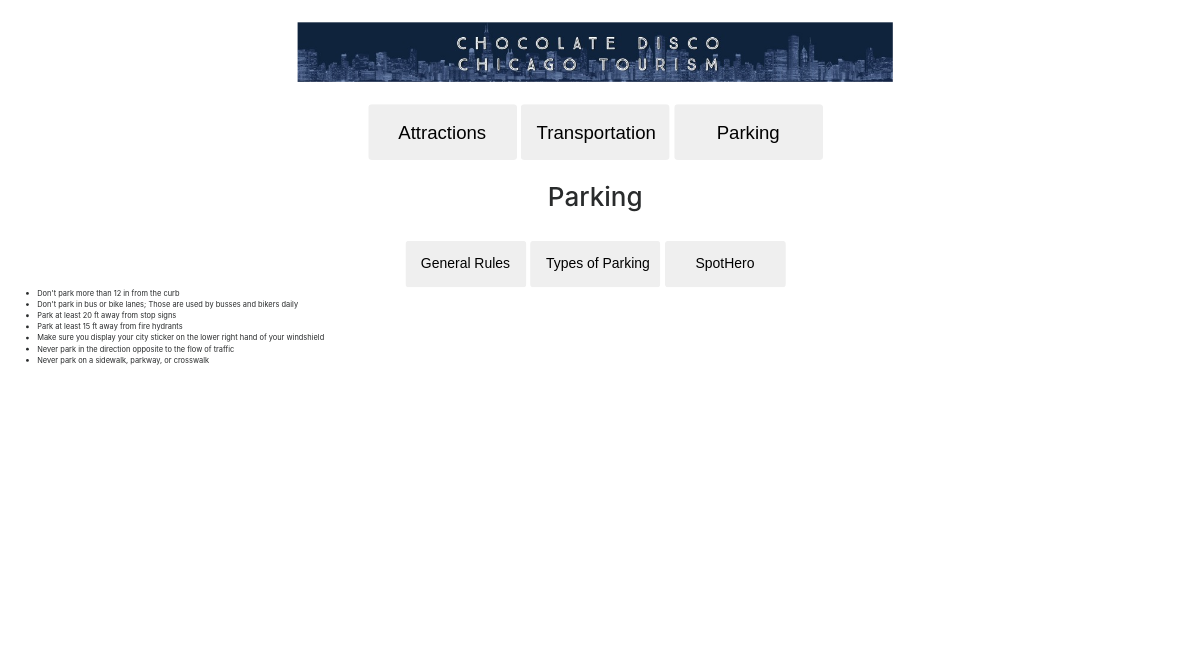
Repository: rkodit2/cs422project
Page: parking.html
An editor plug-in stored every save of this project. The page is shown before and after the next save, followed by the edit.
The browser window is 1280 px wide. The pictures show the whole page, at 93% of full size.

Above is the page before, as saved 2021-11-03 19:59:43.

### parking.html
<!DOCTYPE html>
<html>
    <head>
        <title>Chocolate Disco Chicago Tourism</title>
        <link rel="stylesheet" href=
        "https://maxcdn.bootstrapcdn.com/bootstrap/4.0.0-alpha.6/css/bootstrap.css">
        <link rel="stylesheet" href="homepage.css">

    </head>
    <body>

        <br>
        <div id="banner">
          <img src="pictures/banner3.jpg" alt="mainpage banner" class = "center" onclick="location.href='homepage.html';">
        </div>

         <br>
        <div class= "button-center">
            <button type ="button" id="Attractions" class="btn" onclick="location.href='attractions.html';" style="width: 160px; height: 60px; font-size: 20px;"> Attractions </button>
            <button type ="button" id="Transportation" class="btn" onclick="location.href='transportation.html';" style="width: 160px; height: 60px; font-size: 20px"> Transportation </button>
            <button type ="button" id="Parking" class="btn" onclick="location.href='parking.html';" style="width: 160px; height: 60px; font-size: 20px;"> Parking </button>
        </div>
        <br>
        <h3 style="text-align: center;"> Parking </h2>
        <br>

        <div class= "button-center">
                <button type ="button" id="Attractions" class="btn" onclick="location.href='#';" style="width: 130px; height: 50px; font-size: 15px;"> General Rules </button>
                <button type ="button" id="Transportation" class="btn" onclick="location.href='#';" style="width: 140px; height: 50px; font-size: 15px"> Types of Parking </button>
                <button type ="button" id="Parking" class="btn" onclick="location.href='#';" style="width: 130px; height: 50px; font-size: 15px;"> SpotHero </button>
            </div>

            <ul>
                <li>Don't park more than 12 in from the curb</li>

                <li>Don't park in bus or bike lanes; Those are used by busses and bikers daily</li>

                <li>Park at least 20 ft away from stop signs</li>

                <li>Park at least 15 ft away from fire hydrants </li>

                <li>Make sure you display your city sticker on the lower right hand of your windshield</li>

                <li>Never park in the direction opposite to the flow of traffic</li>

                <li>Never park on a sidewalk, parkway, or crosswalk</li>
            </ul>

    </body>
</html>

### homepage.css
.button-center {
    text-align: center;
  }

.viewMore {
    display: flex;
    vertical-align: middle;
}
.center {
  display: block;
  margin-left: auto;
  margin-right: auto;
  width: 50%;
}
.gmap{
  display: flex;
  vertical-align: middle;
}

ul li{
  font-size:8px;
 }

After the next save:
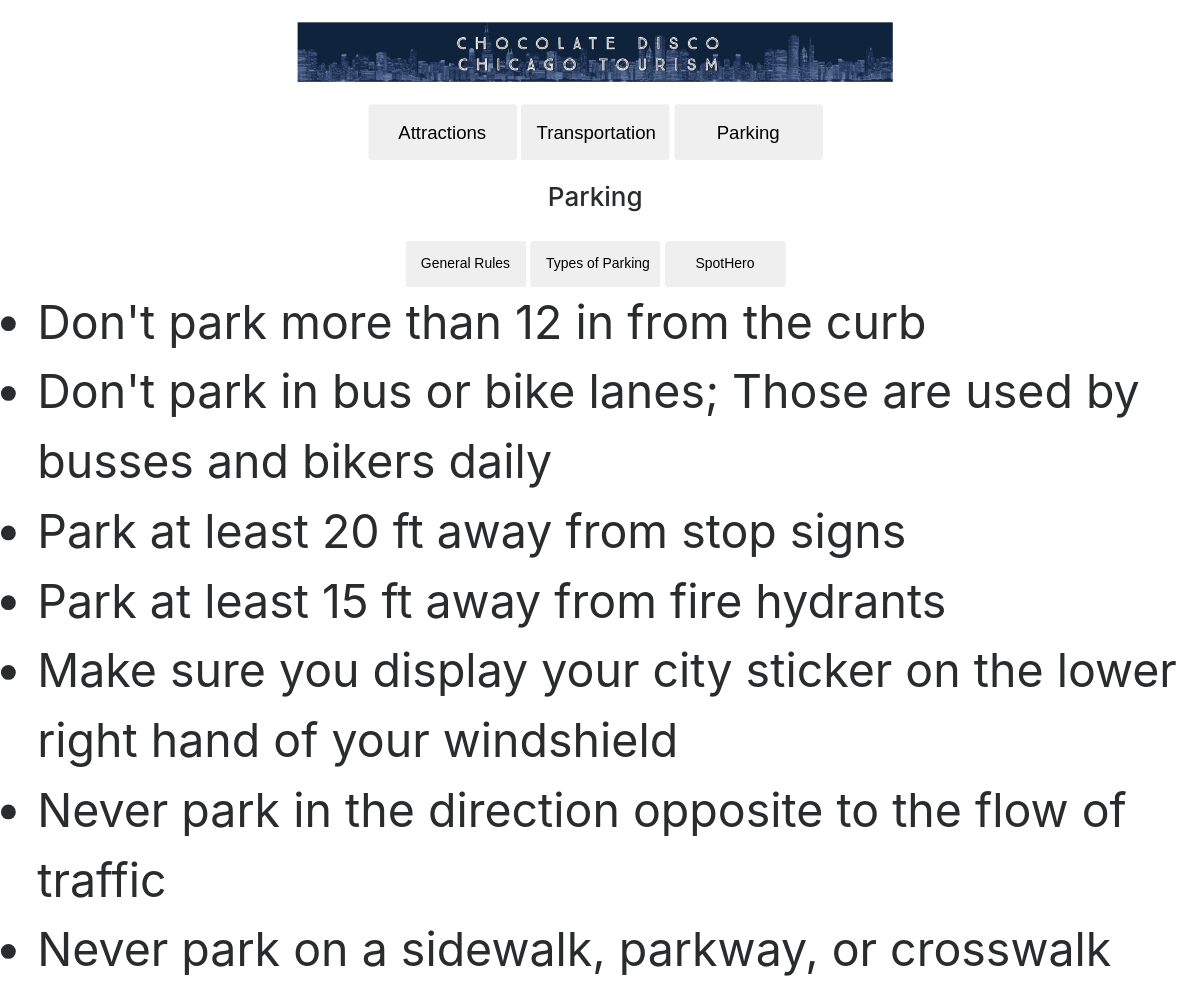
Saved 11 s later.
--- a/homepage.css
+++ b/homepage.css
@@ -18,5 +18,5 @@
 }
 
 ul li{
-  font-size:8px;
+  font-size:50px;
  }
